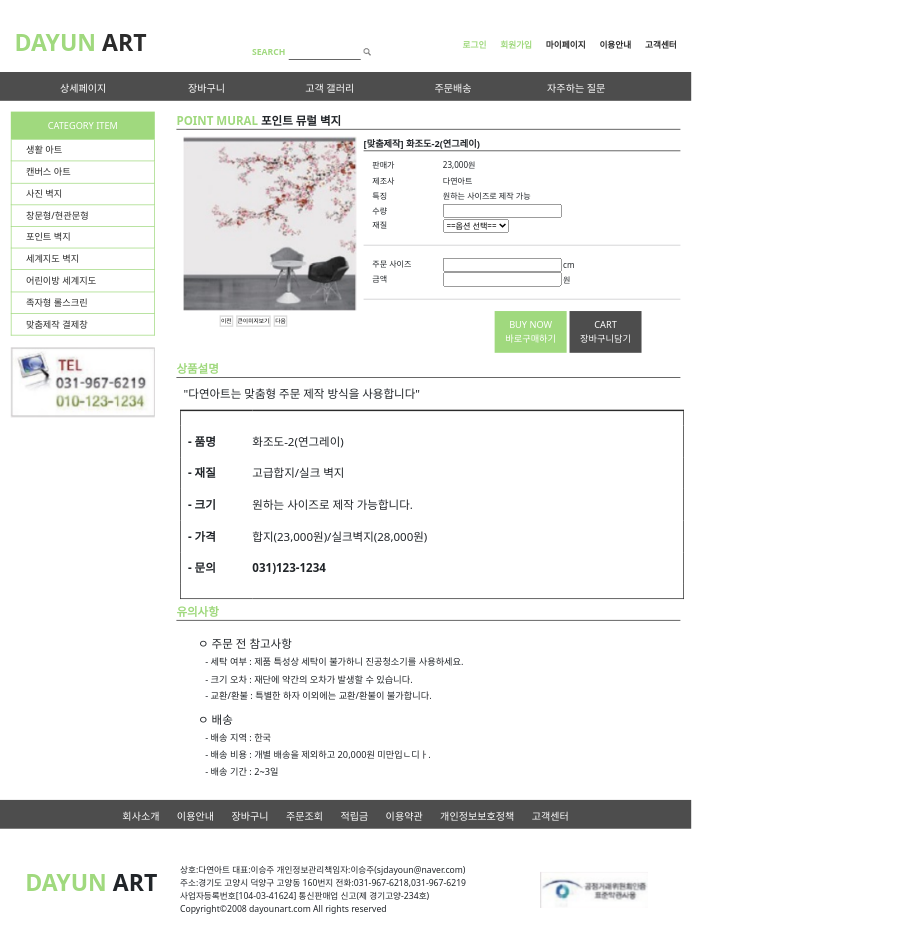
Repository: yeonddu/green_js
Page: pro01/public/bootstrap/product.html
An editor plug-in stored every save of this project. The page is shown before and after the next save, followed by the edit.
The browser window is 1280 px wide. The pictures show the whole page, at 72% of full size.

Above is the page before, as saved 2022-12-27 07:34:27.

### pro01/public/bootstrap/product.html
<!DOCTYPE html>
<html lang="ko">
<head>
<meta charset="utf-8">
<meta name="viewport" content="width=device-width, initial-scale=1">
<link rel="stylesheet" href="dayun.css">
<link rel="stylesheet" href="product.css">
<link href="https://cdn.jsdelivr.net/npm/bootstrap@5.2.3/dist/css/bootstrap.min.css" rel="stylesheet">

<title>Insert title here</title>

</head>
<body>
 <header>
	 <div id="top">
	 	 	<div class="logo"><a href="#"><span class="brand">DAYUN</span> ART</a></div>
			<div id="search">
				<div id="search-title">SEARCH</div>
				<input id="search-input" type="search">
				<a href="#"><img src="images/glass.png"></a>
			</div>
			<div id="top-menu">
				<ul>
					<li><a class="brand" href="#">로그인</a></li>
					<li><a class="brand" href="#">회원가입</a></li>
					<li><a href="#">마이페이지</a></li>
					<li><a href="#">이용안내</a></li>
					<li><a href="#">고객센터</a></li>
				</ul>
			</div>
		 </div>
	 <div id="main-menu">
	 	<ul>
	 		<li><a href="#">상세페이지</a></li>
	 		<li><a href="#">장바구니</a></li>
	 		<li><a href="#">고객 갤러리</a></li>
	 		<li><a href="#">주문배송</a></li>
	 		<li><a href="#">자주하는 질문</a></li>
	 	</ul>
	 </div>
</header>
<section>
	<div id="cont-left">
		<div id="cate">
			<div id="cate-title">CATEGORY ITEM</div>
			<ul>
			<li><a href="#">생활 아트</a></li>
			<li><a href="#">캔버스 아트</a></li>
			<li><a href="#">사진 벽지</a></li>
			<li><a href="#">창문형/현관문형</a></li>
			<li><a href="#">포인트 벽지</a></li>
			<li><a href="#">세계지도 벽지</a></li>
			<li><a href="#">어린이방 세계지도</a></li>
			<li><a href="#">족자형 롤스크린</a></li>
			<li><a href="#">맞춤제작 결제창</a></li>
			</ul>
		</div>

		<div id="tel">
			<img src="images/tel.png" alt="tel">
		</div>
	</div>
	<div id="cont-right">
		<div id="product">
			<div id="box1" >
				<div class="product-title"><span class="brand">POINT MURAL</span> 포인트 뮤럴 벽지</div>
				<div id="box1-left">
					<img src="images/product.png">
					<div id="img-btn">
						<button>이전</button>
						<button>큰이미지보기</button>
						<button>다음</button>
					</div>
				</div>
				<div id="box1-right">
					<div  class="product-title">[맞춤제작] 화조도-2(연그레이)</div>
					<table>
						<tr>
							<td>판매가</td>
							<td>23,000원</td>
						</tr>
						<tr>
							<td>제조사</td>
							<td>다연아트</td>
						</tr>
						<tr>
							<td>특징</td>
							<td>원하는 사이즈로 제작 가능</td>
						</tr>
						<tr>
							<td>수량</td>
							<td><input type="text"></td>
						</tr>
						<tr>
							<td>재질</td>
							<td><select>
								<option selected>==옵션 선택==</option>
								<option>옵션 1</option>
								<option>옵션 2</option>
								<option>옵션 3</option>
							</select></td>
						</tr>
					</table>
					<hr>
					<table>
						<tr>
							<td>주문 사이즈</td>
							<td><input type="text">cm</td>
						</tr>
						<tr>
							<td>금액</td>
							<td><input type="text">원</td>
						</tr>
					</table>
					<hr>
					<div id="box1-btn1"><a href="#">BUY NOW<br>바로구매하기</a></div>
					<div id="box1-btn2"><a href="#">CART<br>장바구니담기</a></div>

				</div>
			</div>
			<div id="box2" >
				<div class="product-title"><span class="brand">상품설명</span></div>
				<div>
					<div id="box2-title">"다연아트는 맞춤형 주문 제작 방식을 사용합니다"</div>
					<table>
						<tr>
							<td></td>
						</tr>
						<tr>
							<td>- 품명</td>
							<td>화조도-2(연그레이)</td>
						</tr>
						<tr>
							<td>- 재질</td>
							<td>고급합지/실크 벽지</td>
						</tr>
						<tr>
							<td>- 크기</td>
							<td>원하는 사이즈로 제작 가능합니다.</td>
						</tr>
						<tr>
							<td>- 가격</td>
							<td>합지(23,000원)/실크벽지(28,000원)</td>
						</tr>
						<tr>
							<td>- 문의</td>
							<td><b>031)123-1234</b></td>
						</tr>
						<tr>
							<td></td>
						</tr>
					</table>
				</div>
			</div>
			<div id="box3" >
				<div class="product-title"><span class="brand">유의사항</span></div>
				<div id="box3-content">
					<div>ㅇ 주문 전 참고사항</div>
						<p>- 세탁 여부 : 제품 특성상 세탁이 불가하니 진공청소기를 사용하세요.</p>
						<p>- 크기 오차 : 재단에 약간의 오차가 발생할 수 있습니다.</p>
						<p>- 교환/환불 : 특별한 하자 이외에는 교환/환불이 불가합니다.</p>
					<div>ㅇ 배송</div>
						<p>- 배송 지역 : 한국</p>
						<p>- 배송 비용 : 개별 배송을 제외하고 20,000원 미만입ㄴ디ㅏ.</p>
						<p>- 배송 기간 : 2~3일</p>
				</div>
			</div>
		</div>
	</div>
		<div id="bottom-menu">
	 	<ul>
	 		<li><a href="#">회사소개</a></li>
	 		<li><a href="#">이용안내</a></li>
	 		<li><a href="#">장바구니</a></li>
	 		<li><a href="#">주문조회</a></li>
	 		<li><a href="#">적립금</a></li>
	 		<li><a href="#">이용약관</a></li>
	 		<li><a href="#">개인정보보호정책</a></li>
	 		<li><a href="#">고객센터</a></li>
	 	</ul>
	 </div>
</section>
<footer>
	<div class="logo"><span class="brand">DAYUN</span> ART</div>
	<div id="item2">상호:다연아트 대표:이승주 개인정보관리책임자:이승주(sjdayoun@naver.com)<br>
		주소:경기도 고양시 덕양구 고양동 160번지 전화:031-967-6218,031-967-6219<br>
		사업자등록번호[104-03-41624] 통신판매업 신고(제 경기고양-234호)<br>
		Copyright©2008 dayounart.com All rights reserved
	</div>
	<img src="images/certi.png" alt="공정거래위원회인증표준약관사용">
</footer>
</body>
</html>

### pro01/public/bootstrap/dayun.css
@charset "EUC-KR";

* {
	margin:0;
	padding:0;
}

body {
	background:#F0F0F0;
	width:960px;
}
.brand {
	color:#A0D97E;
}

header a {
	text-decoration:none;
	color:#2B2B2B;
}
header #top {
	height:100px;
	position:relative;
}
header .logo {
	font-size:2em;
	position:relative;
	top:35px;
	left:20px;
	font-weight:bold;
}

header #search {
	position:relative;
	top:10px;
	left:350px;
	display:block;
	float:left;
	color:#A0D97E;
}

header #search-title {
	display:inline-block;
	font-size:12px;
	font-weight:bold;
}

header #search-input {
	border:none;
	border-bottom:1px solid #2B2B2B;
	background:none;
	width:100px;
}

header #top-menu {
	position:relative;
	float:right;
	margin: 0 10px;
}
header #top-menu ul li{
	display:inline-block;
	font-size:12px;
	margin-right:5px;
	padding:5px;
	font-weight:bold;
}

header #main-menu {
	height:40px;
	background:#4D4D4D;
	justify-content:center;
}

header #main-menu ul li {
	list-style:none;
	display:inline-block;
	width:18%;
	padding:10px;
	text-align:center;

}
header #main-menu a {
	color:white;
	font-size:14px;
}

section #bottom-menu {
	position:relative;
	clear:both;
	height:40px;
	background:#4D4D4D;

}

#bottom-menu ul {
	padding:10px;
	text-align:center;
}

section #bottom-menu ul li {
	display:inline-block;
	list-style:none;

}
section #bottom-menu a {
	color:white;
	text-decoration:none;
	font-size:14px;
	padding:10px;
}

footer .logo {
	font-size:2em;
	position:relative;
	top:50px;
	left:35px;
	font-weight:bold;
}

footer #item2 {
	position:relative;
	top:0px;
	left:250px;
	font-size:12px;
}

footer img {
	position:relative;
	left:750px;
	top:-60px;
	width:150px;
}

### pro01/public/bootstrap/product.css
@charset "EUC-KR";

section #cont-left {
	float:left;
	margin:10px;
	padding:5px;
}

section #cate #cate-title {
	background:#A0D97E;
	color:white;
	width:200px;
	margin:0;
	padding:10px 5px;
}

section #cate-title {
	text-align:center;
	font-size:0.8em;
}

section #cate ul {
	padding:0;
}
section #cate li {
	border :1px solid #A0D97E;
	border-top:none;
	list-style:none;
	width:200px;
	padding:5px 5px 5px 20px;
	font-size:0.8em;
}

section #cate a {
	text-decoration:none;
	color:#2B2B2B;
}

section #tel img {
	width:200px;
}
section #cont-right {
	float:left;
	margin:10px;
	padding:5px;
}

section #product {
	width:700px;

}
section .product-title {
	font-weight:bold;
	border-bottom: 1px solid #2B2B2B;
}

#box1-left {
	float:left;
	margin:10px;
}

#box1-left img {
	width:240px;
}
#box1-left #img-btn {
	position:relative;
	left:50px;
}

#box1-left button {
	background:white;
	border:2px solid #ddd;
	font-size:0.5em;
}

#box1-right {
	float:left;
	margin:10px 0;
	width:440px;
}

#box1-right .product-title {
	font-size:0.8em;
}
#box1-right table {
	margin:10px;
	font-size:0.7em;
}

#box1-right table td:first-child {
	width:100px;
	padding:2px;
}

#box1-right table input {
	height:20px;
	margin-right:2px;
}

#box1 #box1-btn1, #box1-btn2 {
	width:100px;
	padding:10px;
	margin:0 2px;
	float:left;
	font-size:0.8em;
	position:relative;
	left:180px;
	text-align:center;

}
#box1 #box1-btn1 a , #box1-btn2 a {
	color:white;
	text-decoration:none;
}
#box1 #box1-btn1 {
	background:#A0D97E;
}
#box1 #box1-btn2 {
	background:#A0D97E;
	background:#4D4D4D;
}

#box2 {
	clear:both;
}

#box2 #box2-title {
	margin:10px;
}
#box2 table {
	border:1px solid #2B2B2B;
	border-top:2px solid #2B2B2B;
	margin:5px;
	width:700px;
}

#box2 table td:first-child {
	width:100px;
	padding:10px;
	font-weight:bold;
}

#box3 #box3-content {
	margin:20px;

}

#box3 #box3-content div {
	margin:10px;
}

#box3 #box3-content p {
	text-indent:20px;
	line-height:0.6;
	font-size:0.8em;
}

section #bottom-menu {
	position:relative;
	clear:both;
	height:40px;
	background:#4D4D4D;

}

After the next save:
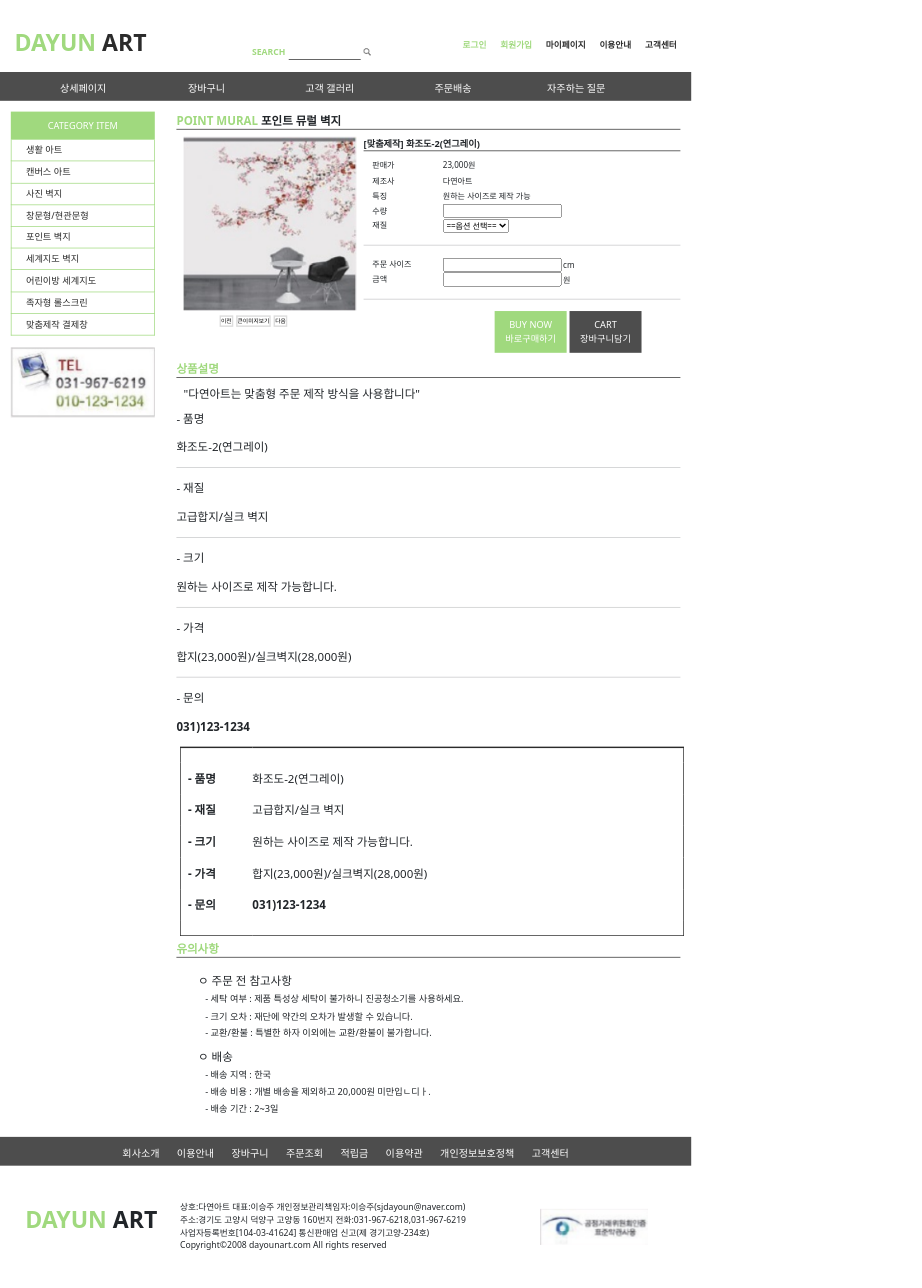
Saved 2 min 53 s later.
--- a/pro01/public/bootstrap/product.html
+++ b/pro01/public/bootstrap/product.html
@@ -122,6 +122,22 @@
 				<div class="product-title"><span class="brand">상품설명</span></div>
 				<div>
 					<div id="box2-title">"다연아트는 맞춤형 주문 제작 방식을 사용합니다"</div>
+					<div id="box2-content">
+						<p>- 품명</p>
+						<p>화조도-2(연그레이)</p>
+						<hr>
+						<p>- 재질</p>
+						<p>고급합지/실크 벽지</p>
+						<hr>
+						<p>- 크기</p>
+						<p>원하는 사이즈로 제작 가능합니다.</p>
+						<hr>
+						<p>- 가격</p>
+						<p>합지(23,000원)/실크벽지(28,000원)</p>
+						<hr>
+						<p>- 문의</p>
+						<p><b>031)123-1234</b></p>
+					</div>
 					<table>
 						<tr>
 							<td></td>
